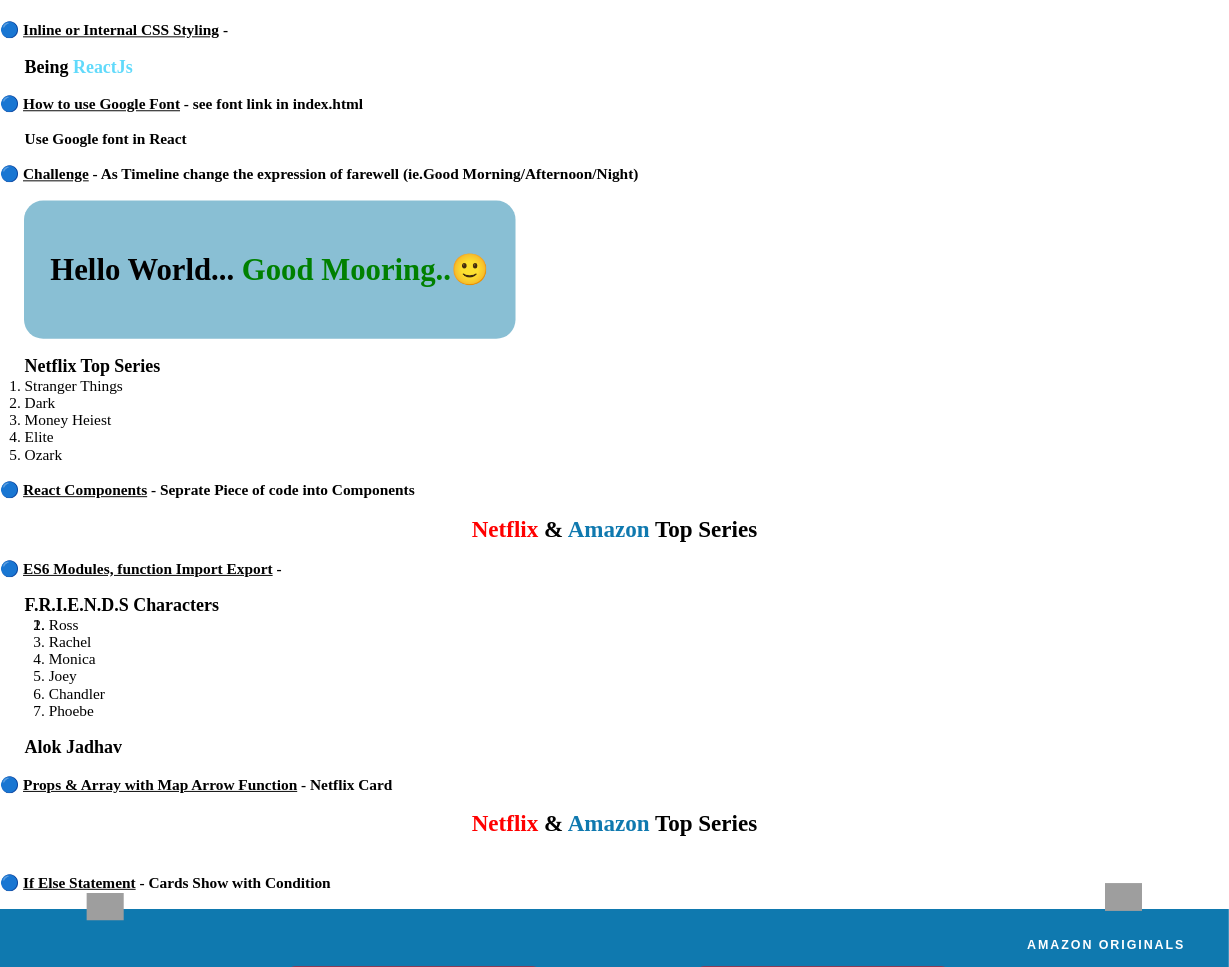
Repository: AalokJadhav/Being_ReactJS
Page: /
The author's editor kept a copy of each file at every save. The page is drawn from the files as they stood at one save, then again after the next save.
The browser window is 1280 px wide. The pictures show the part of the page from y = 728 to 1735 px (the page is 3197 px tall), at 96% of full size.
Pictures or frames that could not be fetched are drawn as grey boxes. Some web fonts or font styles are not loaded; a fallback is used. The project was rebuilt for these pictures with package versions that can differ from the ones it lists, and the page was loaded fresh each time.

Above is the page before, as saved 2021-10-19 16:55:39.

### public/index.html
<!DOCTYPE html>
<html lang="en">

<head>
  <meta charset="utf-8" />
  <link rel="icon" href="%PUBLIC_URL%/favicon.ico" />
  <meta name="viewport" content="width=device-width, initial-scale=1" />
  <meta name="theme-color" content="#000000" />
  <meta name="description" content="Web site created using create-react-app" />
  <link rel="apple-touch-icon" href="%PUBLIC_URL%/logo192.png" />
  <!--
      manifest.json provides metadata used when your web app is installed on a
      user's mobile device or desktop. See https://developers.google.com/web/fundamentals/web-app-manifest/
    -->
  <link rel="manifest" href="%PUBLIC_URL%/manifest.json" />
  <link rel="preconnect" href="https://fonts.googleapis.com">
  <link rel="preconnect" href="https://fonts.gstatic.com" crossorigin>
  <link rel="preconnect" href="https://fonts.googleapis.com">
  <link rel="preconnect" href="https://fonts.gstatic.com" crossorigin>
  <link href="https://fonts.googleapis.com/css2?family=Festive&display=swap" rel="stylesheet">
    <!--
      Notice the use of %PUBLIC_URL% in the tags above.
      It will be replaced with the URL of the `public` folder during the build.
      Only files inside the `public` folder can be referenced from the HTML.

      Unlike "/favicon.ico" or "favicon.ico", "%PUBLIC_URL%/favicon.ico" will
      work correctly both with client-side routing and a non-root public URL.
      Learn how to configure a non-root public URL by running `npm run build`.
    -->
  <title>Being React</title>
</head>

<body>
  <noscript>You need to enable JavaScript to run this app.</noscript>
  <div id="root"></div>
  <!--
      This HTML file is a template.
      If you open it directly in the browser, you will see an empty page.

      You can add webfonts, meta tags, or analytics to this file.
      The build step will place the bundled scripts into the <body> tag.

      To begin the development, run `npm start` or `yarn start`.
      To create a production bundle, use `npm run build` or `yarn build`.
    -->
</body>

</html>

### src/index.js
// var React = require ('react');
// var ReactDom = require ('react-dom');

import React from 'react';
import ReactDom from 'react-dom';
import './index.css';
import App from './App';


ReactDom.render(<App />, document.getElementById('root'));

### src/index.css

*{margin: 0; padding: 0; box-sizing: border-box;};


.h3 {
  padding-left: 0%;
}
/* Style the header with a grey background and some padding */
.header {
  overflow: hidden;
  background-color: black;
  padding: 20px 10px;
}

/* Style the header links */
.header a {
  float: left;
  color: #fff;
  text-align: center;
  padding: 12px;
  text-decoration: none;
  font-size: 18px;
  line-height: 25px;
  border-radius: 4px;
}

/* Style the logo link (notice that we set the same value of line-height and font-size to prevent the header to increase when the font gets bigger */
.header a.logo {
  font-size: 25px;
  font-weight: bold;
  font-family: cursive;
  color: #61dafb;
}

/* Style the active/current link*/
.active {
  line-height: 50px;
}

/* Float the link section to the right */
.header-right {
  float: right;
}

.heart {
	font-size: 25px;
	color: #e00;
	animation: beat .25s infinite alternate;
	transform-origin: center;
}

/* Heart beat animation */
@keyframes beat{
	to { transform: scale(1.4); }
}

.googlefont {
  font-family: 'Festive', cursive;
}
/* Add media queries for responsiveness - when the screen is 500px wide or less, stack the links on top of each other */
@media screen and (max-width: 500px) {
  .header a {
    float: none;
    display: block;
    text-align: left;
  }
  .header-right {
    float: none;
  }
}

.img_div img{
  width: 33%;
  height: 5%;
  margin: auto;
  padding-left: 2%;
}

.content {
  padding-left: 2%;
}
.sHeading1 {
  text-align: center;
}

.challenge1 {
  background-color: rgb(137, 191, 212);
  width: 40%;
  height: 20vh;
  display: flex;
  justify-content: center;
  align-items: center;
  margin-top: -0px;
  margin-left: 25px;
  border-radius: 20px;
}

.heading_styleN  {
  padding: 30px 0;
  padding-left: 90px;
  text-align: left;
  font-family: "Raleway", sans-serif;
  text-transform: uppercase;
  font-size: 13px;
  letter-spacing: 2px;
  font-weight: 5000;
  color: red;
  background-color: black;
  font-size: 1.rem;
  margin-bottom: -50px;
}

.heading_styleNb  {
  padding: 30px 0;
  padding-left: 90px;
  text-align: left;
  font-family: "Raleway", sans-serif;
  text-transform: uppercase;
  font-size: 13px;
  letter-spacing: 2px;
  font-weight: 5000;
  color: red;
  font-size: 1.rem;
  margin-bottom: -50px;
}

.netflixlogo {
  height: 29px;
  float: left;
  padding-right: 90px;

}
.heading_styleA  {
  padding: 30px 0;
  padding-left: 90px;
  text-align: left;
  font-family: "Raleway", sans-serif;
  text-transform: uppercase;
  font-size: 13px;
  letter-spacing: 2px;
  font-weight: 5000;
  color: white;
  background-color: #0f79af;
  font-size: 1.rem;
  margin-bottom: -50px;
}

.heading_styleAb  {
  padding: 30px 0;
  padding-left: 90px;
  text-align: left;
  font-family: "Raleway", sans-serif;
  text-transform: uppercase;
  font-size: 13px;
  letter-spacing: 2px;
  font-weight: 5000;
  color: white;
  font-size: 1.rem;
  margin-bottom: -50px;
}

.primelogo {
  height: 29px;
  float: right;
  padding-right: 90px;
}

.cards {
  width: 100%;
  height: auto;
}

.card {
  margin: 6%;
  transition: all 0.4s cubic-bezier(0.175, 0.885, 0, 1);
  width: 21.25%;
  border-radius: 12px;
  background-color: red;
  box-shadow: 0px 13px 10px -7px rgb(0, 0, 0, 0.1);
  float: left;
}

.card:hover {
  box-shadow: 0px 30px 18px  -8px  rgb(0, 0, 0, 0.1);
  transform: scale(1.05, 1.05);
  background-color: green;

}
.card__img {
  width: 100%;
  height: 300px;
  border-top-left-radius: 12px;
  border-top-right-radius: 12px;

}

.card__info {
  background-color: #fff;
  border-bottom-left-radius: 12px;
  border-bottom-left-radius: 12px;
  background-color: #fff;
}

.card__category {
  font-family: "Raleway", sans-serif;
  text-transform: uppercase;
  font-size: 13px;
  letter-spacing: 2px;
  font-weight: 500;
  color: #868686;
  background-color: #fff;


}

.card__title {
  margin-top: 5px;
  margin-bottom: 10px;
  text-transform: capitalize;
  font-family: "Raleway", sans-serif;
  background-color: #fff;

}

button {
  padding: 5px 8px;
  font-family: "Raleway", sans-serif;
  text-transform: uppercase;
  font-size: 13px;
  letter-spacing: 2px;
  font-weight: 1000;
  color: red;
  background-color: #fff;
  outline: none;
  border: 1px solid black;
  cursor: pointer;
}

### src/App.js
import React from "react";
import './index.css';

import Navbar from './Header'
import List from "./List";
import CurrentDate from "./CurrentDate";
import RandomImages from "./RandomImages";
import InlineCss from "./InlineCss";
import SimpleGreeting from './SimpleGreeting';
import GoogleFont from "./GoogleFont";
import RComponents from "./RComponents";
import NetflixCard from "./NetflixCard";
import IfElse from "./IfElse";


function App() {

  return (
    <>
      <Navbar /><br /><br /><br /><br />
      <h4>Hello  World From ReactJS...✋</h4><br />
      <CurrentDate />
      <RandomImages />
      <InlineCss /> <br />
      <GoogleFont />
      <SimpleGreeting />
      <List />
      <RComponents />
      <NetflixCard />
      <IfElse />
    </>
  );
}



export default App;


//In Pure JavaScript
var h3 = document.createElement('h3');
h3.innerHTML = 'Hello  World From Pure JavaScript...❤❤❤';
document.getElementById('root').appendChild(h3);

### src/Header.jsx
import React from "react";




function Navbar() {

  return (
    <>
    <div className="header">
        <a href="#default" className="logo"><span style={{ color: 'white'}}>Being</span> &nbsp;
        <img src="data:[embedded picture, 514 characters]" alt="" height="20"  />
           &nbsp; React</a>
      <div className="header-right">
        <h5 className="active" style={{ color: 'white'}}>Made with <span className="heart">&#x2665;</span> by Alok Jadhav</h5>
        </div>
      </div>
    </>
  );
}
export default Navbar;

### src/List.jsx
import React from "react";
import './index.css';

function List() {
  return (
    <>

      <div className="content">
      <h3>Netflix Top Series</h3>
        <ol>
          <li>Stranger Things</li>
          <li>Dark</li>
          <li>Money Heiest</li>
          <li>Elite</li>
          <li>Ozark</li>
        </ol>
      </div>
      <br />
    </>
  );
}

export default List;

### src/CurrentDate.jsx
import React from "react";


const fullDate = new Date();
const date = fullDate.toLocaleDateString();
const time = fullDate.toLocaleTimeString();


function CurrentDate() {
    return (
        <>
        <h4>🔵 <u>Display Current date and time in JSX</u> -</h4><br />
        <div className="content">
          <p>Current Date is {`${date}`} </p>
          <p>Current Time is {`${time} `} </p>
        </div>
        <br />
        </>
    );
  }

export default CurrentDate;

### src/RandomImages.jsx
import React from "react";
import './index.css';

const RandomImgUrl = 'https://picsum.photos/2000';
const RandomImgUrl1 = 'https://picsum.photos/900';
const RandomImgUrl2 = 'https://picsum.photos/800';

function RandomImages() {
  return (
    <>
    <h4>🔵 <u>JSX Attributes for random image</u> -</h4><br />
  <div className="img_div">
    <img src={RandomImgUrl} alt='random image1' />
    <img src={RandomImgUrl1} alt='random image2' />
    <img src={RandomImgUrl2} alt='random image3' />
  </div>
  <br />
  </>
  );
}

export default RandomImages;

### src/InlineCss.jsx
function InlineCss() {
    return (
        <>
            <h4 >🔵 <u>Inline or Internal CSS Styling</u> -</h4><br/>
            <div className="content">
            <h3>Being <span style={{ color: '#61dafb', fontFamily: 'serif' }}>ReactJs</span> </h3>
            </div>
        </>
    )
}

export default InlineCss;

### src/SimpleGreeting.jsx
const CurrDate = new Date(2021, 14, 10, 9);
const hour = CurrDate.getHours();
let greeting = '';

const cssStyle = {}

if (hour >= 1 && hour < 12) {
    greeting = 'Good Mooring..🙂';
    cssStyle.color = 'green';
} else if (hour >= 12 && hour < 19) {
    greeting = 'Good Afternoon..🙄';
    cssStyle.color = 'orange';
} else {
    greeting = 'Good Night..😴';
}

function SimpleGreeting() {
    return (
        <>
            <h4>🔵 <u>Challenge</u> - As Timeline change the expression of farewell (ie.Good Morning/Afternoon/Night)</h4><br />
            <div className="challenge1">
                <h1>Hello World...<span style={cssStyle}> {greeting}</span></h1>
            </div>
            <br />
        </>
    )
}

export default SimpleGreeting;

### src/GoogleFont.jsx
import React from "react";
import './index.css';


function GoogleFont() {
  return (
    <>
    <h4>🔵 <u>How to use Google Font</u> -  see font link in index.html </h4><br/>
  <div className="content">
    <h4 className="googlefont">Use Google font in React </h4>
  </div>
  <br />
  </>
  );
}

export default GoogleFont;

### src/RComponents.jsx
import React from 'react';
import Title from './Title';
import AllCharacter from './AllCharacter';

function RComponents() {
    return (
        <>
            <h4>🔵 <u>React Components</u> - Seprate Piece of code into Components</h4><br />
            <Title />
            <br />
            <AllCharacter />
            <br />
        </>
    )
}

export default RComponents;

### src/NetflixCard.jsx
import React from "react";
import Card from "./Card";
import Sdata from "./Sdata";
import Title from "./Title";

function NetflixCard() {

    return (
        <>
            <h4>🔵 <u>Props & Array with Map Arrow Function</u> - Netflix Card</h4><br />
            <Title /><br />
            <div className="heading_styleAb">
                <img className="primelogo" src='https://upload.wikimedia.org/wikipedia/commons/thumb/1/11/Amazon_Prime_Video_logo.svg/800px-Amazon_Prime_Video_logo.svg.png'></img>
            </div>

            <div className="heading_styleNb">
                <img className="netflixlogo" src='https://upload.wikimedia.org/wikipedia/commons/thumb/0/08/Netflix_2015_logo.svg/799px-Netflix_2015_logo.svg.png'></img>            </div>

            {Sdata.map((val, index) => {
                console.log(index);
                return (
                    <Card
                        key={val.id}
                        imgsrc={val.imgsrc}
                        title={val.title}
                        sname={val.sname}
                        link={val.link} />
                )
            })
            }
        </>
    )
}

export default NetflixCard;

### src/IfElse.jsx
import React from "react";
import Card from "./Card";
import Sdata from "./Sdata";


const FavSeries = 'netflix';

function IfElse() {
    if (FavSeries === 'netflix') {
        return (
            <>
            <h4>🔵 <u>If Else Statement</u> - Cards Show with Condition</h4><br />
            <h1 className="heading_styleA" >Amazon Originals <img className="primelogo" src='https://upload.wikimedia.org/wikipedia/commons/thumb/1/11/Amazon_Prime_Video_logo.svg/800px-Amazon_Prime_Video_logo.svg.png'></img> </h1>
            <Card
                key={Sdata[1].id}
                imgsrc={Sdata[1].imgsrc}
                title={Sdata[1].title}
                sname={Sdata[1].sname}
                link={Sdata[1].link} />
        </>
        )
          } else {
              return  (
            <>
            <br />
            <h4>🔵 <u>If Else Statement</u> - Cards Show with Condition</h4><br />
            <h1 className="heading_styleN" >A Netflix Originals <img className="netflixlogo" src='https://upload.wikimedia.org/wikipedia/commons/thumb/0/08/Netflix_2015_logo.svg/799px-Netflix_2015_logo.svg.png'></img> </h1>
                <Card
                    key={Sdata[2].id}
                    imgsrc={Sdata[2].imgsrc}
                    title={Sdata[2].title}
                    sname={Sdata[2].sname}
                    link={Sdata[2].link} />
                    </>
              )


}
}

export default IfElse;

### src/Title.jsx
import React from "react";


function Title() {
    return (
        <div className="sHeading1">
            <h2><span style={{color: 'red'}}>Netflix</span> & <span style={{color: '#0f79af'}}>Amazon</span> Top Series</h2>
        </div>

    )
}



export default Title;

### src/AllCharacter.jsx
// import { FullName } from './FullName';



const Characters = ['Ross', 'Rachel', 'Monica', 'Joey', 'Chandler', 'Phoebe'];
const AllCharacters = [];

let name = 'Alok Jadhav';
const Myname = name

Characters.forEach(function (data) {
  AllCharacters.push(<li>{data}</li>);
});

function AllCharacter() {
  return (
    <>
      <h4>🔵 <u>ES6 Modules, function Import Export</u> - </h4><br />
      <div className="content">
        <h3>F.R.I.E.N.D.S Characters</h3>
        <ol className="content">
          <li>{AllCharacters}</li>
        </ol>
        <br />
        <h3>{Myname}</h3>
      </div>
    </>
  )
}

export default AllCharacter;

### src/Card.jsx
import React from "react";
import Images from "./CardImages";
import NcardHeading from "./NcardHeading";

function Card(props) {
    return (
      <>
        <div className="cards">
          <div className="card">
            <Images  imgsrc={props.imgsrc}/>
            <div className="card__info">
              <span className="card__category">{props.title}</span>
              <NcardHeading sname={props.Sname} />
              <a href={props.link} target="_blank" rel="noreferrer">
                <button>Watch Now</button>
              </a>
            </div>
          </div>
        </div>
      </>
    )
  }

  export default Card;

### src/Sdata.jsx
const Sdata = [
  {
    id: 1,
    imgsrc:
      "http://cdn.shopify.com/s/files/1/0151/0741/products/pg1004_1024x1024.jpg?v :1578633269",
    title: "A Netflix Series",
    sname: "F.R.I.E.N.D.S",
    link: "https://www.netflix.com/in/title/70153404",
  },
  {
    id: 2,
    imgsrc: "https://talenthouse-res.cloudinary.com/image/upload/c_limit,fl_progressive,h_1280,w_1280/v1542188034/user-849291/submissions/mfa0no5fxv0d2t40jgpt.jpg",
    title: "The Amazon Original",
    sname: "Mirzapur",
    link: "https://www.primevideo.com/detail/Mirzapur/0PDOKMV9CRLOMO5EUKNCUJLG4Q",
  },
  {
    id: 3,
    imgsrc: "https://wallpapercave.com/wp/wp4056407.jpg",
    title: "A Netflix Series",
    sname: "Dark",
    link: "https://www.netflix.com/in/title/80100172",
  },
  {
    id: 4,
    imgsrc: "https://i1.wp.com/urbanasian.com/wp-content/uploads/2021/01/C5171E29-D5A4-4E14-99B2-CA462FC48FA2.png?fit=525%2C453&ssl=1",
    title: "The Amazon Original",
    sname: "The Family Man",
    link: "https://www.primevideo.com/detail/The-Family-Man/0H3DDB4KBJFNDCKKLHNRLRLVKQ",
  },
  {
    id: 5,
    imgsrc: "https://wallpapercave.com/wp/wp1839578.jpg",
    title: "A Netflix Series",
    sname: "Stranger Things",
    link: "https://www.netflix.com/in/title/80057281",
  },
  {
    id: 6,
    imgsrc: "https://www.91-cdn.com/hub/wp-content/uploads/2021/07/Paatal-Lok-highest-rated-Hindi-web-series-to-watch-on-Amazon-Prime-Video.jpg?tr=q-100",
    title: "The Amazon Original",
    sname: "Paatal Lok",
    link: "https://www.primevideo.com/detail/Paatal-Lok/0G9IEOHCN8KMY6COD9ILGH7IY5",
  },
];

export default Sdata;

### src/CardImages.jsx
import React from "react";

const Images = (props) => {
    return <img src={props.imgsrc} alt="friends" className="card__img"  />

};

export default Images;

### src/NcardHeading.jsx
import React from "react";

const NcardHeading = (props) => {
  return  <h3 className="card__title">{props.Sname}</h3>
}

export default NcardHeading;

After the next save:
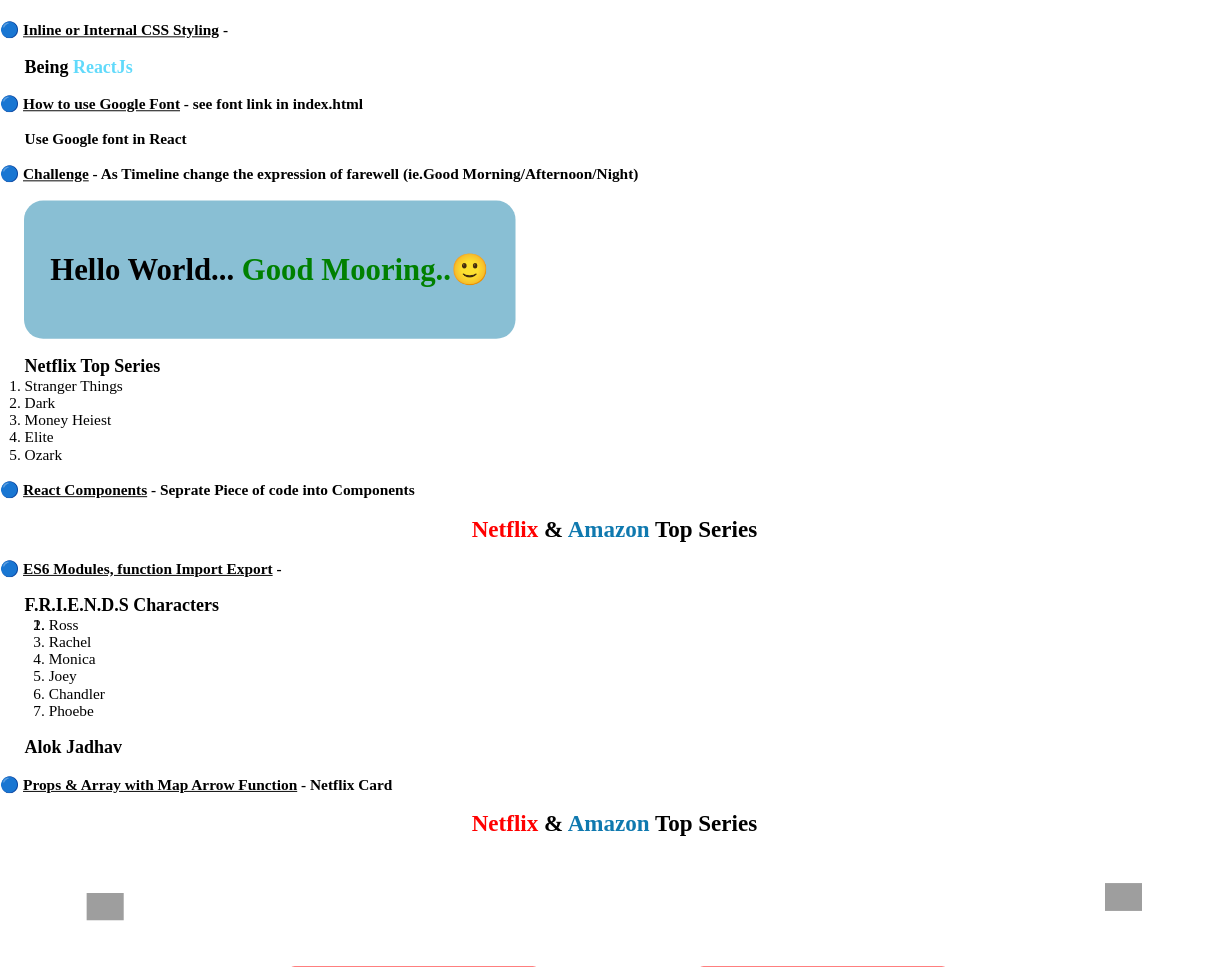
Saved 59 s later.
--- a/src/App.js
+++ b/src/App.js
@@ -27,7 +27,7 @@
       <List />
       <RComponents />
       <NetflixCard />
-      <IfElse />
+      {/* <IfElse /> */}
     </>
   );
 }
